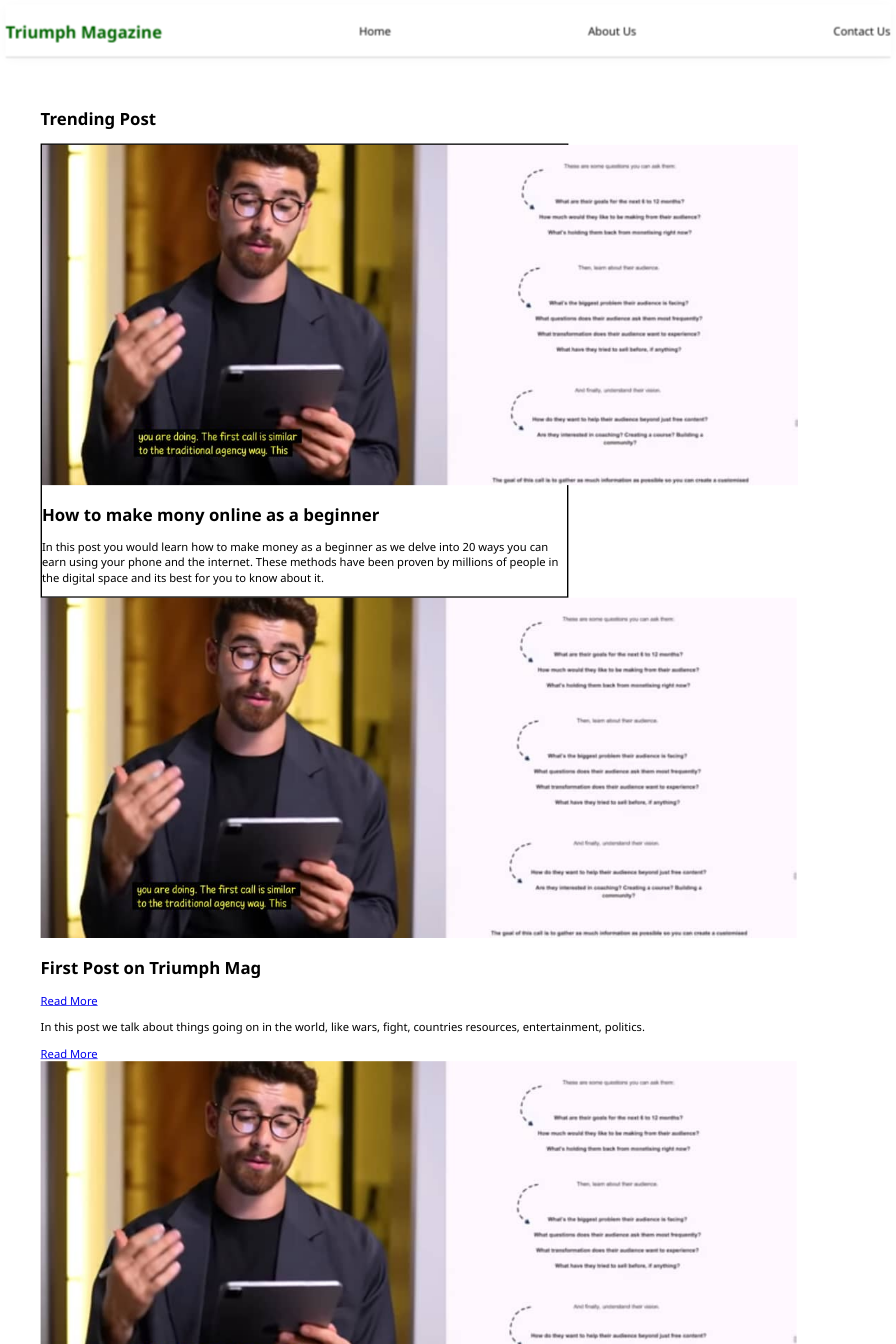
Repository: zikcolle/Triumph-Blog
Page: index.html
The author's editor kept a copy of each file at every save. The page is drawn from the files as they stood at one save, then again after a run of saves.
The browser window is 1280 px wide. The pictures show the part of the page from y = 0 to 1920 px (the page is 5455 px tall), at 70% of full size.

Above is the page before, as saved 2026-06-20 15:44:21.

After the next 4 saves:
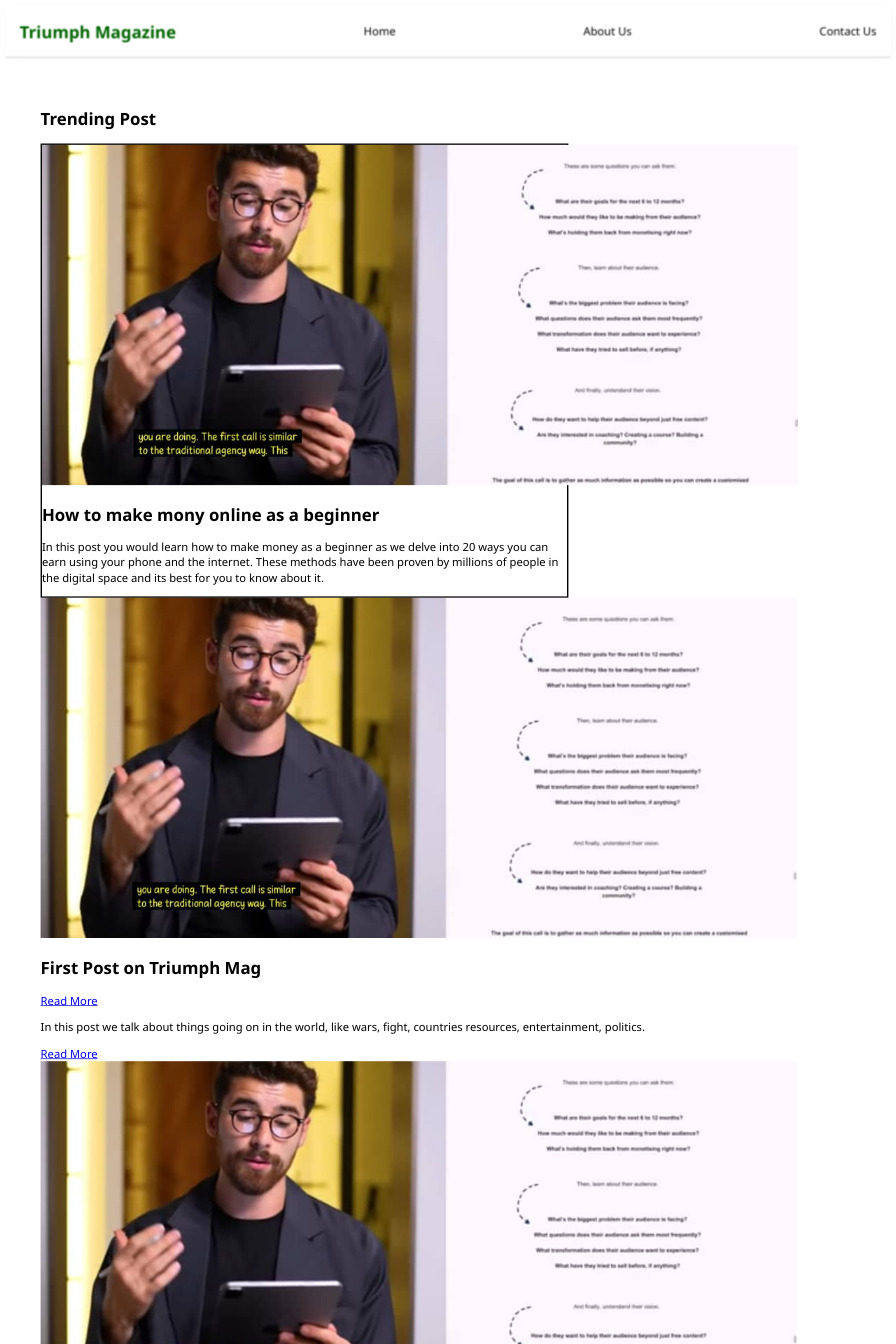
The 4 saves are shown as one change because they came seconds apart.
The last was saved 16 s later.
--- a/styles.css
+++ b/styles.css
@@ -9,7 +9,7 @@ header {
     justify-content: space-between;
     align-items: center;
     margin: 0 auto;
-    padding
+    padding: 0 20px 0 20px;
     background-color: rgba(255,255,255,0.92);
     border-bottom: 1px solid rgba(0, 0, 0, 0.213);
     backdrop-filter: blur(20px) saturate(180%);
